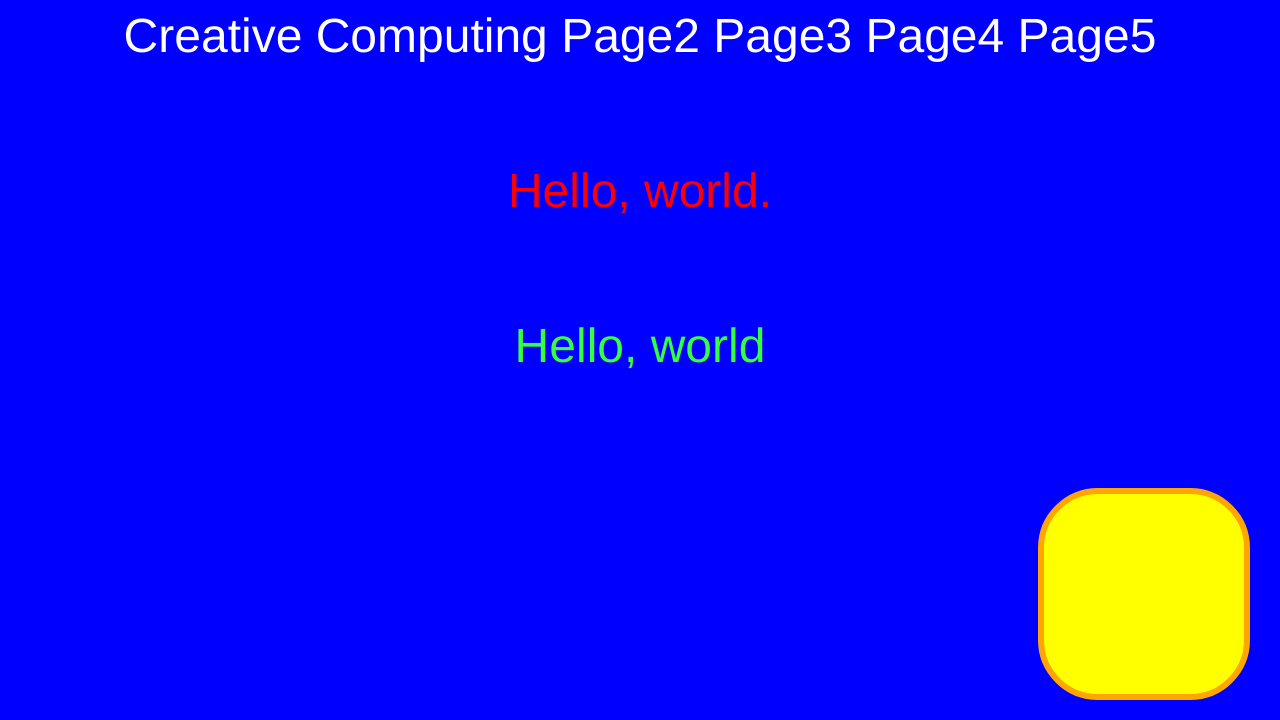
Repository: hanj291/hanj291.github.io
Page: index.html
The author's editor kept a record of every edit. The page is drawn from the files as they stood at one moment, then again after the next edit.
The browser window is 1280 px wide. The pictures show the whole page.

Above is the page before.

### index.html
<!DOCTYPE html>
<html>
	<head>
		<title>Hello, world.</title>
		<link href="styles.css" rel="stylesheet">
	</head>
	<body>

	<a href="http://creativecomputing.me">Creative
	Computing</a>
	<a href="page2.html">Page2</a>
	<a href="page3.html">Page3</a>
	<a href="page4.html">Page4</a>
	<a href="page5.html">Page5</a>

	<div class="one">


	</div>
		<p>Hello, world.</p>
		<p class= "paragraph2">Hello, world</p>
	</body>
</html>

### styles.css
body {
    background-color: blue;
    color: red;
    font-size: 48px;
    font-family: Helvetica, Arial, sans-serif;
    text-align: center;

}

p {
    margin: 100px;
}

.paragraph2 {
    color: #35ff3f;
}

.one {
    width: 200px;
    height: 200px;
    background-color: yellow;
    position: fixed;
    bottom: 20px;
    right: 30px;
    border-radius: 60px;
        border: solid orange 6px;
}

.one:hover {
    background-color: lime;
}

a:link {
    color: white;
    text-decoration: none;
}

a:visited {
    color: black;
}

a:hover {
    color: red;
}

After the next edit:
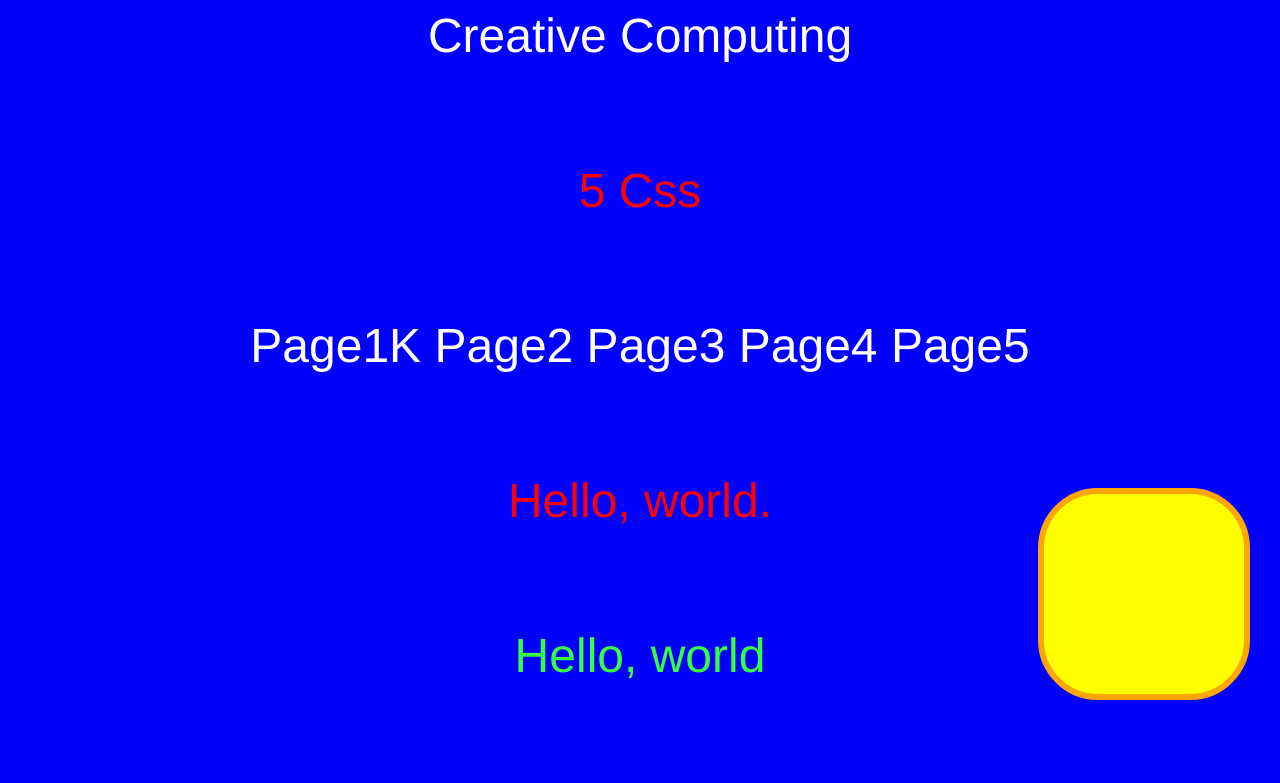
The edit:
--- a/index.html
+++ b/index.html
@@ -8,6 +8,10 @@
 
 	<a href="http://creativecomputing.me">Creative
 	Computing</a>
+
+	<p class="5 CSS">5 Css </p>
+
+	<a href="page1.html">Page1K</a>
 	<a href="page2.html">Page2</a>
 	<a href="page3.html">Page3</a>
 	<a href="page4.html">Page4</a>
